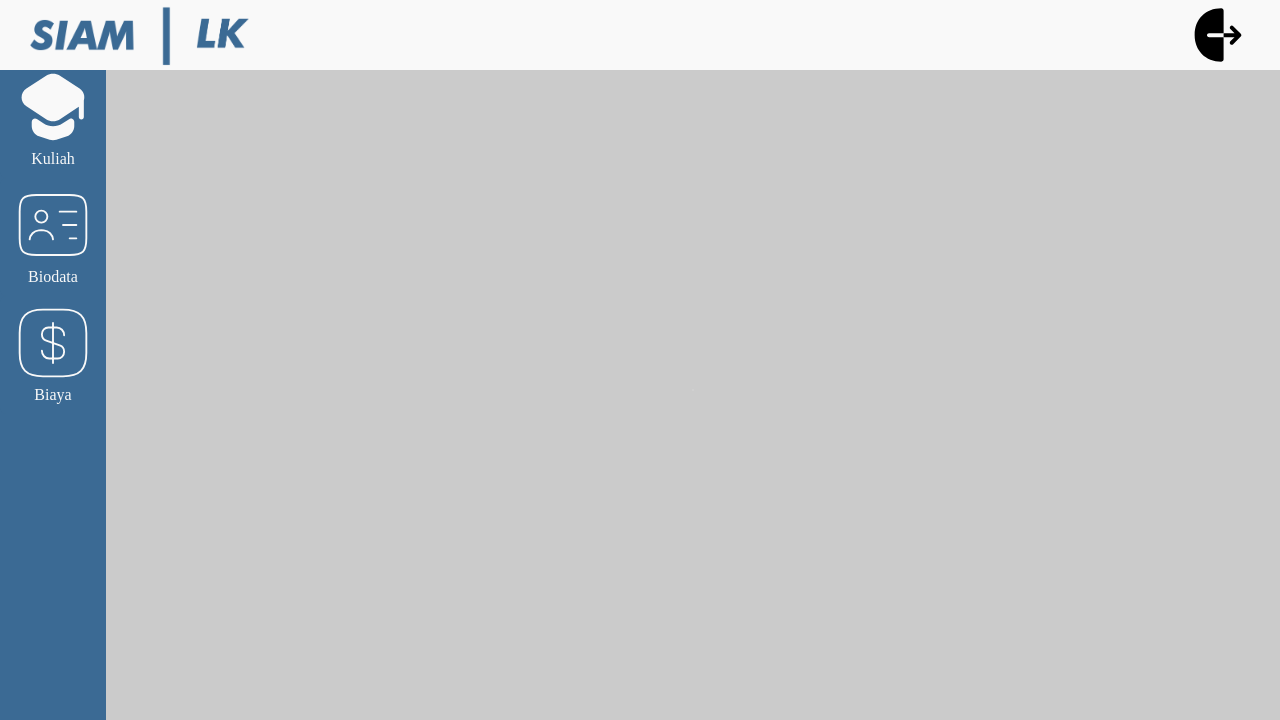
Repository: haikalirf/Project-IMK
Page: postbuattiket.html
These files come from the project's save history. The page is drawn as it stood at one moment and after the next save; the edit follows.
The browser window is 1280 px wide. The pictures show the whole page.
Some web fonts or font styles are not loaded; a fallback is used.

Above is the page before, as saved 2022-12-15 09:49:34.
Not found: scripts/.js

After the next save:
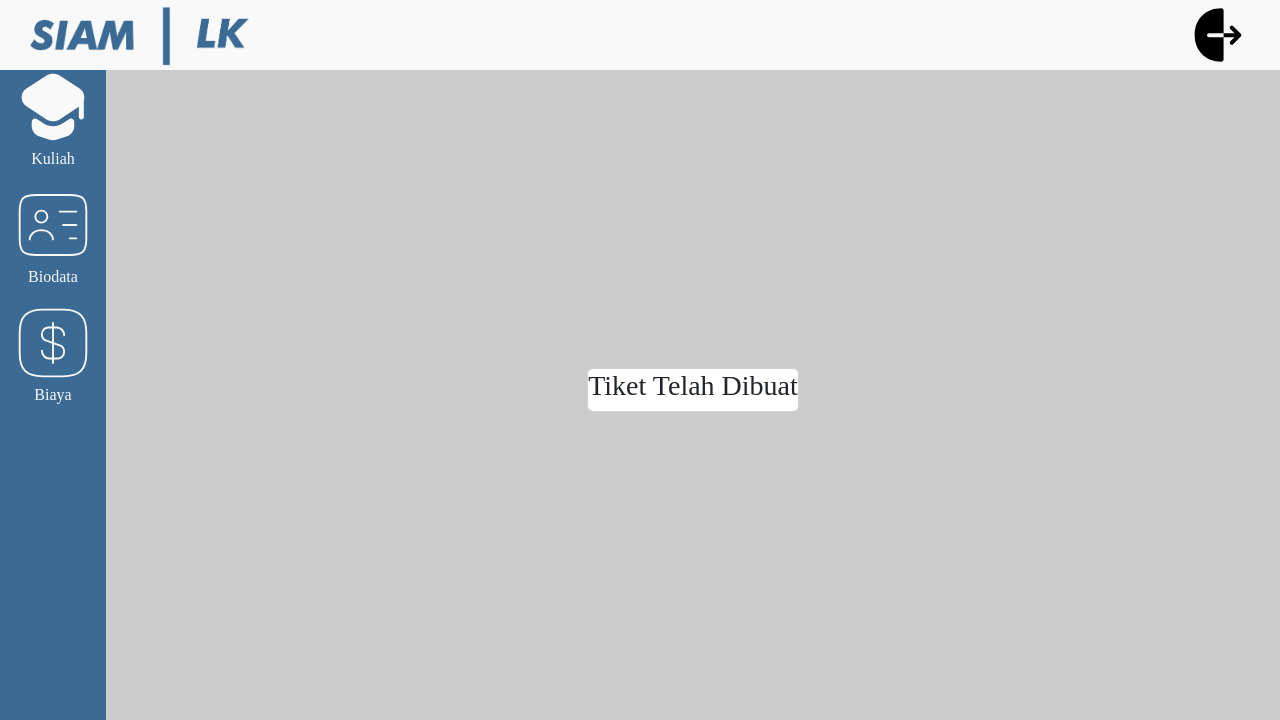
Saved 22 s later.
--- a/postbuattiket.html
+++ b/postbuattiket.html
@@ -40,7 +40,7 @@
 	</div>
 	<main>
 		<div class="card">
-
+			<h3>Tiket Telah Dibuat</h3>
 		</div>
 	</main>
 	<script src="https://cdn.jsdelivr.net/npm/bootstrap@5.2.3/dist/js/bootstrap.bundle.min.js" integrity="sha384-kenU1KFdBIe4zVF0s0G1M5b4hcpxyD9F7jL+jjXkk+Q2h455rYXK/7HAuoJl+0I4" crossorigin="anonymous"></script>
